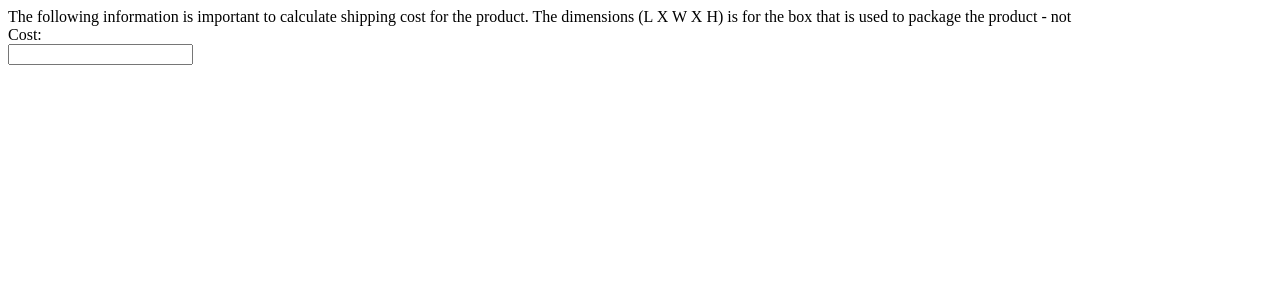
Repository: theAnh-js/Spring-Boot-E-commerce
Page: http://localhost/products/product_images
These files come from the project's save history. The page is drawn as it stood at one moment and after the next save; the edit follows.
The browser window is 1280 px wide. The pictures show the whole page.
The page is this project's Thymeleaf template; nobody is signed in. The template is opened directly, without the code that normally fills it, so the values that code supplies are empty.

Above is the page before, as saved 2024-02-03 01:06:49.

After the next save:
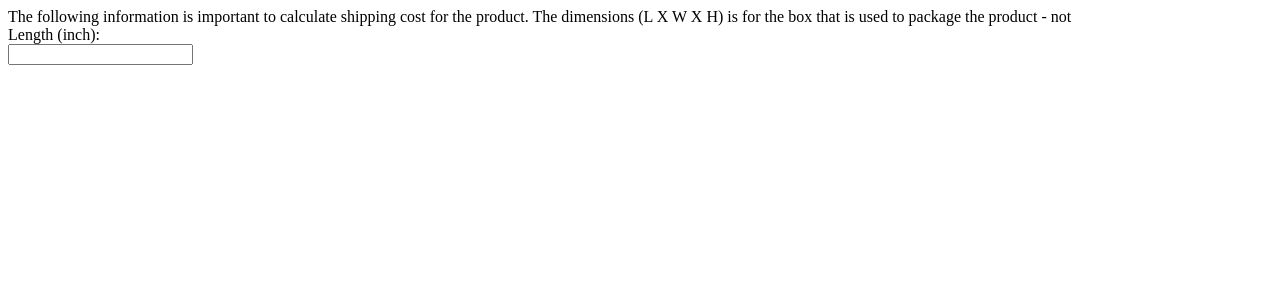
Saved 13 s later.
--- a/ShopmeProject/ShopmeWebParent/ShopmeBackEnd/src/main/resources/templates/products/product_images.html
+++ b/ShopmeProject/ShopmeWebParent/ShopmeBackEnd/src/main/resources/templates/products/product_images.html
@@ -11,7 +11,7 @@
 	</div>
 
 	<div class="form-group row">
-		<label class="col-sm-2 col-form-label">Cost:</label>
+		<label class="col-sm-2 col-form-label">Length (inch):</label>
 		<div class="col-sm-10">
 			<input type="number" class="form-control" th:field="*{cost}">
 		</div>
